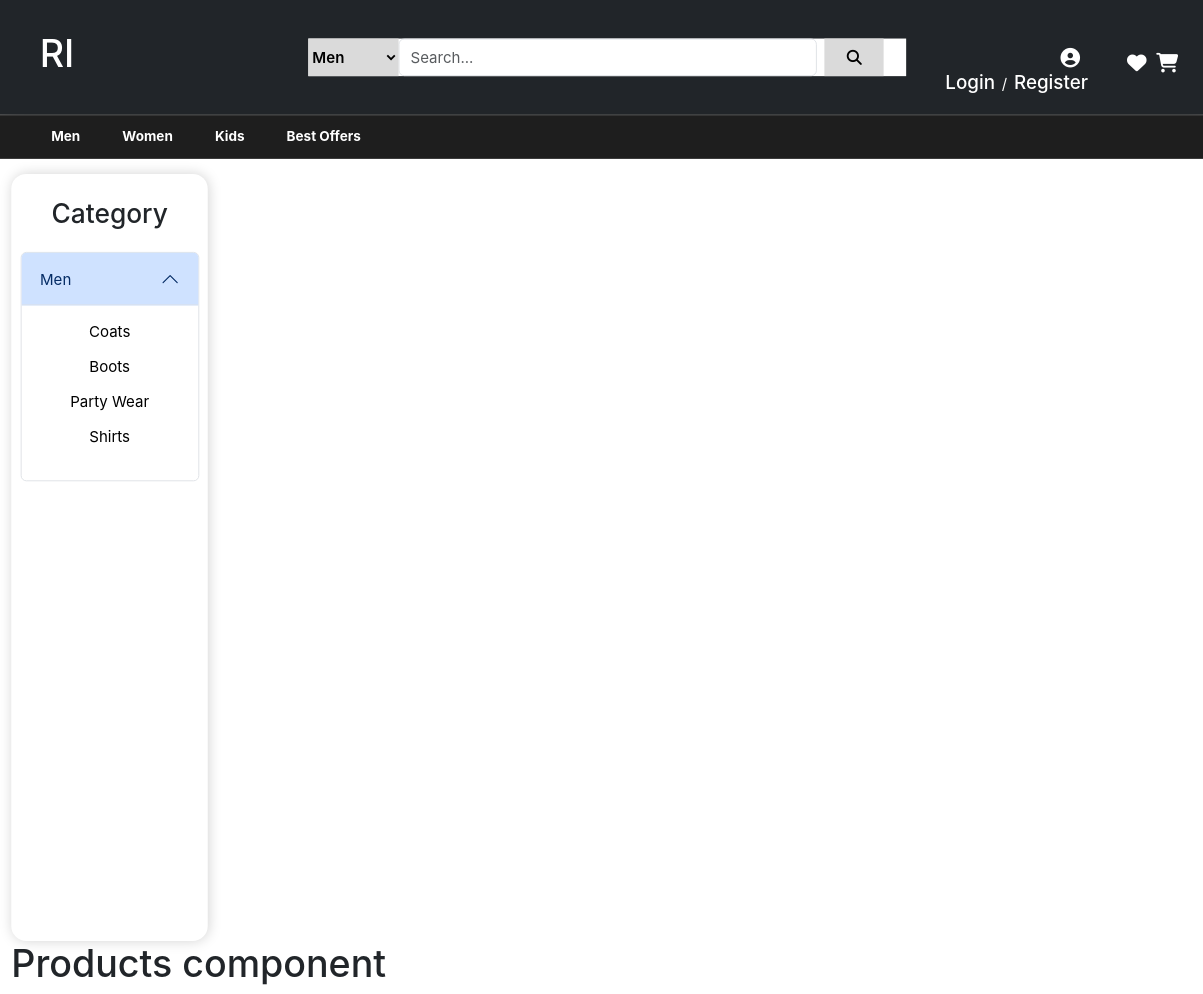
Repository: KodandaraoChellapilli/e-store
Page: /
These files come from the project's save history. The page is drawn as it stood at one moment and after the next save; the edit follows.
The browser window is 1280 px wide. The pictures show the whole page, at 94% of full size.
The project was rebuilt for these pictures with package versions that can differ from the ones it lists, and the page was loaded fresh each time. Also part of the build but not shown: src/App.css, src/Components/Products/_products.scss.

Above is the page before, as saved 2025-06-10 12:19:22.

### public/index.html
<!DOCTYPE html>
<html lang="en">
  <head>
    <meta charset="utf-8" />
    <link rel="icon" href="%PUBLIC_URL%/favicon.ico" />
    <meta name="viewport" content="width=device-width, initial-scale=1" />
    <meta name="theme-color" content="#000000" />
    <meta
      name="description"
      content="Web site created using create-react-app"
    />
    <link rel="apple-touch-icon" href="%PUBLIC_URL%/logo192.png" />
    <!--
      manifest.json provides metadata used when your web app is installed on a
      user's mobile device or desktop. See https://developers.google.com/web/fundamentals/web-app-manifest/
    -->
    <link rel="manifest" href="%PUBLIC_URL%/manifest.json" />

    <link rel="stylesheet"   href="https://cdnjs.cloudflare.com/ajax/libs/font-awesome/6.7.2/css/all.min.css"/>


    <link href="https://cdn.jsdelivr.net/npm/bootstrap@5.3.6/dist/css/bootstrap.min.css" rel="stylesheet" integrity="sha384-4Q6Gf2aSP4eDXB8Miphtr37CMZZQ5oXLH2yaXMJ2w8e2ZtHTl7GptT4jmndRuHDT" crossorigin="anonymous">
    <!--
      Notice the use of %PUBLIC_URL% in the tags above.
      It will be replaced with the URL of the `public` folder during the build.
      Only files inside the `public` folder can be referenced from the HTML.

      Unlike "/favicon.ico" or "favicon.ico", "%PUBLIC_URL%/favicon.ico" will
      work correctly both with client-side routing and a non-root public URL.
      Learn how to configure a non-root public URL by running `npm run build`.
    -->
    <title>React App</title>
  </head>
  <body>
    <noscript>You need to enable JavaScript to run this app.</noscript>
    <div id="root"></div>
    <!--
      This HTML file is a template.
      If you open it directly in the browser, you will see an empty page.

      You can add webfonts, meta tags, or analytics to this file.
      The build step will place the bundled scripts into the <body> tag.

      To begin the development, run `npm start` or `yarn start`.
      To create a production bundle, use `npm run build` or `yarn build`.
    -->
    <script src="https://cdn.jsdelivr.net/npm/bootstrap@5.3.6/dist/js/bootstrap.bundle.min.js" integrity="sha384-j1CDi7MgGQ12Z7Qab0qlWQ/Qqz24Gc6BM0thvEMVjHnfYGF0rmFCozFSxQBxwHKO" crossorigin="anonymous"></script>

  </body>
</html>

### src/App.js
import logo from './logo.svg';
import './App.css';
import TopNav from './Components/TopNav';
import  CatNav from './Components/CatNav';
import MainComponent from './Components/MainComponent';



function App() {
  return (
    <div className="App">

      <TopNav />
      <CatNav />
      <MainComponent />

    </div>
  );
}

export default App;

### src/Components/TopNav/index.js

import './_top-nav.scss';




const TopNav = ()=>{

    return (
        <div>

            <div className='header bg-dark'>
                    <div className='row'>

                    <div className='brand my-1'>
                        <h1>RI</h1>
                    </div>

                    <div className='inp-container p-0 my-4 w-50 h-25 bg-white'>

                        <div className='dropdown m-0 p-0'>
                        <select className='select-btn w-100 p-0 m-0'>
                            <option>Men</option>
                            <option>Women</option>
                            <option>Kids</option>
                        </select>
                        </div>

                        <input className='form-control' placeholder='Search...' />
                        <button><i className='fa fa-search'></i></button>

                    </div>

                    <div className='login-container p-0'>
                        <i className='fa fa-user-circle user-icon'></i>
                        <div className='auth-links'>
                        <h5><a href='#'>Login</a></h5>
                        <span> / </span>
                        <h5><a href="#">Register</a></h5>
                        </div>
                    </div>

                    <div className='cart-wishlist'>
                        <ul className='p-0'>
                        <li className='list-icon'><i className='fa fa-heart'></i></li>
                        <li className='list-icon'><i className='fa fa-shopping-cart'></i></li>
                        </ul>
                    </div>

                    </div>
      </div>
        </div>
    )

}

export default TopNav

### src/Components/CatNav/index.js
import './_cat-nav.scss';


const CatNav =()=> {
    return (
        <>

        <div className='cat-nav-container continer'>
            <ul>
                <li className ='list-items'> <a href='#'> Men  </a></li>
                <li className ='list-items' > <a href='#'> Women </a></li>
                <li  className ='list-items'> <a href='#'> Kids </a></li>
                <li  className ='list-items'> <a href='#'> Best Offers </a></li>

            </ul>
        </div>


        </>
    )
}

export default CatNav;

### src/Components/MainComponent/index.js
import './_main-component.scss';
import SideNav from '../SideNav';
import Products from '../Products';

const MainComponent =()=> {

    return (
        <div>
            <div className='container-fluid'>
                <div>

                </div>
                <div className='col-lg-2 col-md-3 col-sm-4'>
                    <SideNav/>
                </div>

                <div className='col-lg-10 col-md-9 col-sm-8'>

                    <Products/>

                </div>
            </div>
        </div>
    )
}

export default MainComponent;

### src/Components/TopNav/_top-nav.scss
@import '../../style/sass/variables';

.header {
  max-width: 100%;
  box-shadow: 5px 5px 20px gray;
  padding: 1em;
}

.row {
  display: flex;
  align-items: center;
  flex-wrap: wrap;
  justify-content: space-between;
}

.brand {
  color: white;
  margin-left: 2%;
  padding: 0.8em;
  width: 23%;
}

.inp-container {
  display: flex;
  align-items: center;
  width: 50%;
  padding: 0.5em;
  background-color: white;
}

.inp-container .dropdown {
  width: 15%;
  margin-right: 0.5em;
}

.drropdown{
    width: 15%;
}

.select-btn {
  height: $element-height;
  border: none;
  background-color: #dadada;
  font-weight: 600;
  width: 100%;
}

.inp-container input {
  width: 70%;
  height: $element-height;
  margin-right: 0.5em;
}

.inp-container button {
  width: 10%;
  height: $element-height;
  border: none;
  background-color: #dadada;
}

.login-container {
  width: 15%;
  color: white;
  text-align: right;
  margin: 1.7em 0.2em 0 0;
}

.user-icon {
  margin-right: 0.4em;
  padding: 0.2em;
  font-size: $icon-font;
}

.auth-links {
  display: inline-block;
}

.login-container h5,
.login-container span {
  display: inline-block;
  margin: 0 0.2em;
}

.login-container a {
  text-decoration: none;
  color: white;
}

.cart-wishlist {
  width: 7%;
  margin-top: 1.7em;
  margin-left: 1em;
}

.cart-wishlist .list-icon {
  color: white;
  font-size: $icon-font;
  list-style-type: none;
  display: inline-block;
  margin-right: 0.5em;
}

### src/Components/CatNav/_cat-nav.scss
@import '../../style/sass/variables';
@import '../../style/sass/mixins';


.cat-nav-container {
  background-color: #1e1e1e; // Dark background for nav
  max-width: 100%; // Makes the nav bar take full width
  border-top: 1px solid #444444; // Adds a subtle top border

  .list-items {
    list-style-type: none; // Removes bullets from the list
    display: inline-block; // Aligns list items horizontally
    margin: 0.2em 1em; // Space around each list item
    padding: 0.4em; // Inner spacing
    height: 2.5em; // Sets height of each item
  }

  a {
    text-decoration: none; // Removes underline from links
    color: white; // Makes link text white
    height: 1.8em; // Sets height of the anchor tag
    font-size: 0.9em; // Slightly smaller font
    font-weight: 700; // Makes text bold

    @include underline-transition(1.1); // Applies underline transition effect


  }
}

### src/Components/SideNav/index.js
import './_side-nav.scss';

const SideNav = () => {
  return (
    <div className='side-nav'>
      <div className='section-title'>
        <h3>Category</h3>
      </div>

      <div className='accordion'>
        <div className='accordion-item individual-category'>
          <div className='accordion-header'>
            <button
              className='accordion-button'
              data-bs-target="#accordion-heading-one"
              data-bs-toggle="collapse"
            >
              Men
            </button>
          </div>

          <div
            className='accordion-collapse collapse show'
            id='accordion-heading-one'
            data-bs-parent=".accordion"
          >
            <div className='accordion-body'>
              <ul>
                <li className='sub-items'><a href='#'>Coats</a></li>
                <li className='sub-items'><a href='#'>Boots</a></li>
                <li className='sub-items'><a href='#'>Party Wear</a></li>
                <li className='sub-items'><a href='#'>Shirts</a></li>
              </ul>
            </div>
          </div>
        </div>
      </div>
    </div>
  );
};

export default SideNav;

### src/Components/Products/index.js
import './_products.scss';

const Products = () => {
    return (
        <div>
            <h1>Products component</h1>
        </div>
    )
}

export default Products;

### src/style/sass/_variables.scss
$accent-color: red;
$icon-font: 1.3em;
$element-height: 2.5em;

### src/style/sass/_mixins.scss
@mixin transition($property, $duration) {
  transition-property: $property;
  transition-duration: $duration;
}


@mixin underline-transition($width){
     &::after {
      content: ''; // Creates a fake element after <a>
      display: block; // Makes it act like a visible block
      bottom: 0; // Align it to bottom (needs position to work correctly)
      left: 0; // Align it to left side
      height: 0.2em; // Thin line height
      background-color:$accent-color; // Line color
      transform: scaleX(0); // Starts invisible
      @include transition(transform, 0.2s )
    }

    &:hover::after {
      transform: scaleX($width); // When hovering, stretch the line slightly
    }
}

### src/Components/SideNav/_side-nav.scss
@import "../../style/sass/mixins";
@import "../../style/sass/variables";

.side-nav{
    margin-top: 1em;
    padding: 0.6em;
    box-shadow: 1px 0px 14px 0px lightgray;
    height: 51em;
    border-radius: 1em;


    .section-title{
        padding: 1em;

        h3{
            text-align: center;
        }
    }

    .individual-category{
        ul{
            padding: 0;
        }
        .sub-items{
            text-align: center;
            margin-bottom: 0.6em;

            list-style-type: none; // Removes bullets from the list
            a{
                text-decoration: none; // Removes underline from linls
                color: black; // Makes link text black
                @include underline-transition(0.3); // Applies underline transition effect
            }
        }
    }
}

Loaded but not shown: src/index.js (common file); src/index.css (common file); src/reportWebVitals.js (common file); src/Components/MainComponent/_main-component.scss (no stored copy; drawn as an empty file)

After the next save:
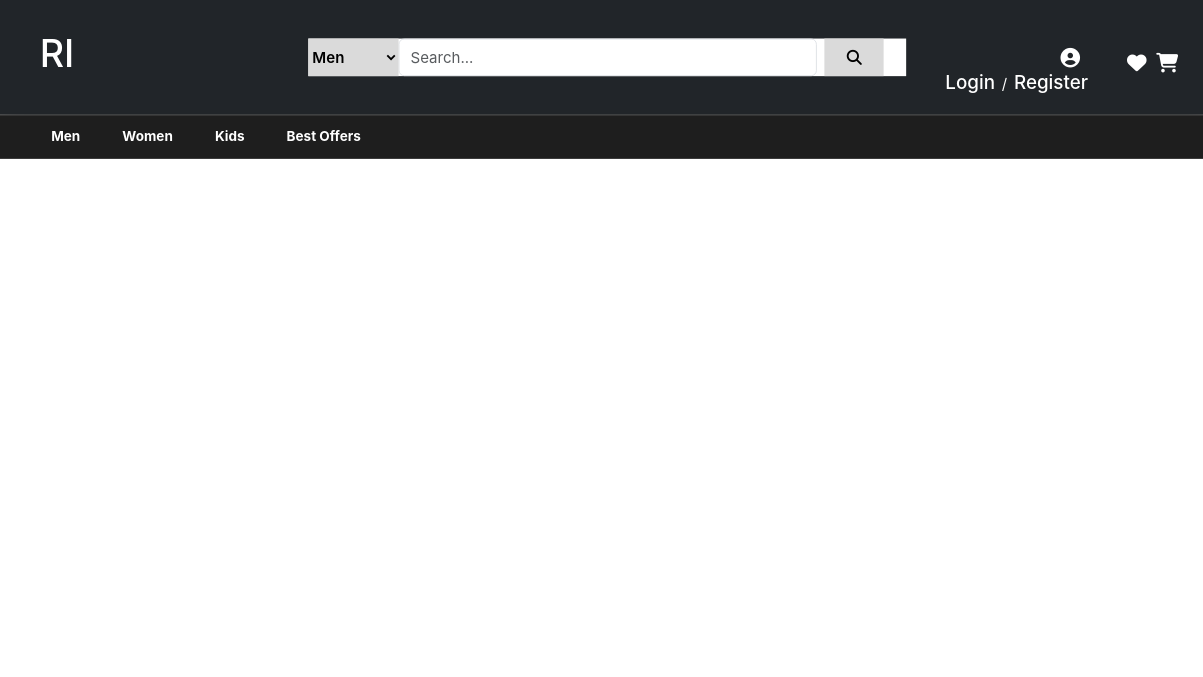
Saved 92 s later.
--- a/src/Components/MainComponent/index.js
+++ b/src/Components/MainComponent/index.js
@@ -7,18 +7,12 @@ const MainComponent =()=> {
     return (
         <div>
             <div className='container-fluid'>
-                <div>
+                <div className='row'>
+
+
 
                 </div>
-                <div className='col-lg-2 col-md-3 col-sm-4'>
-                    <SideNav/>
-                </div>
 
-                <div className='col-lg-10 col-md-9 col-sm-8'>
-
-                    <Products/>
-
-                </div>
             </div>
         </div>
     )
